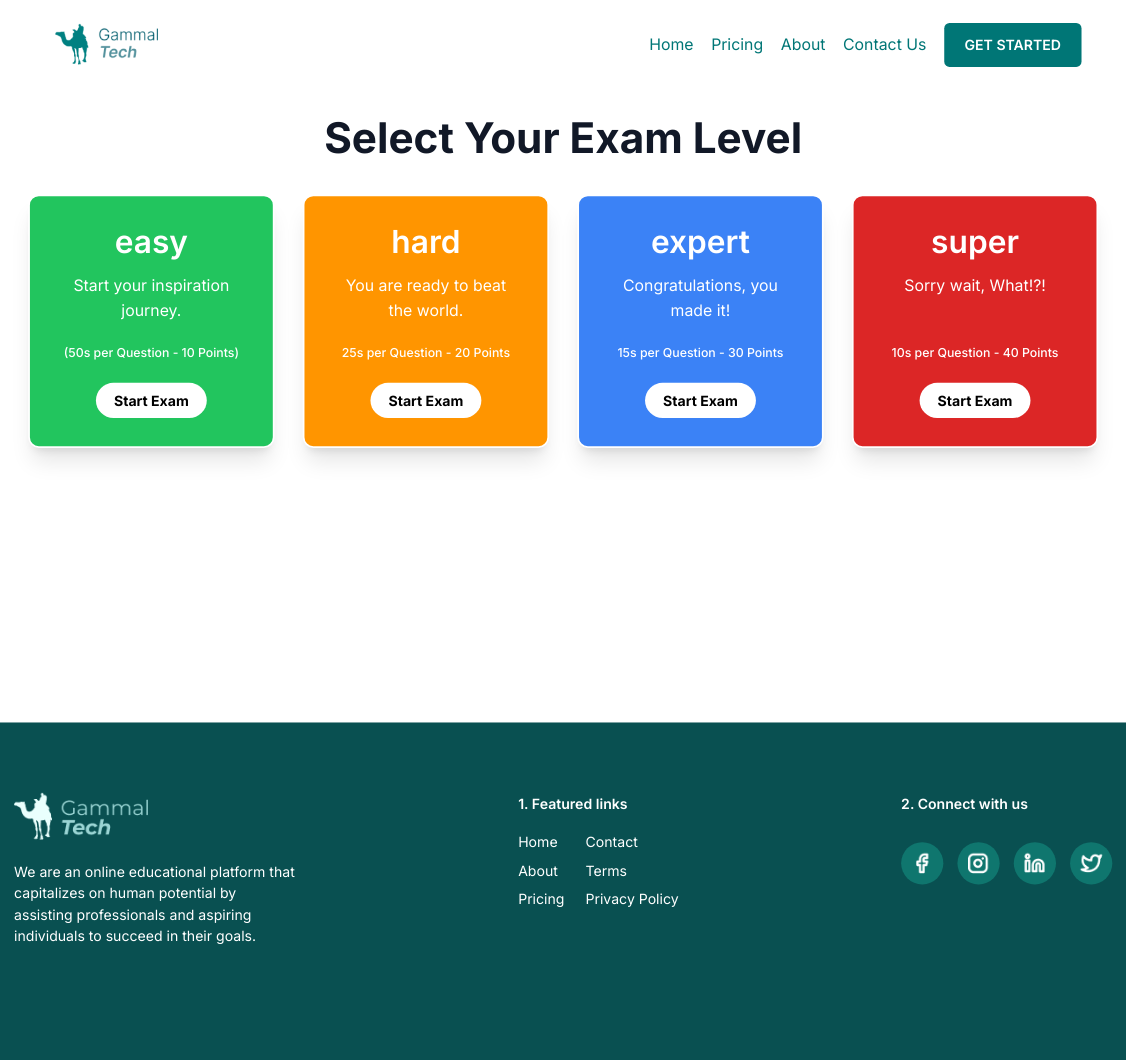
Repository: Ahmed77669/Internship-test
Page: /Levels
The author's editor kept a copy of each file at every save. The page is drawn from the files as they stood at one save, then again after the next save.
The browser window is 1280 px wide. The pictures show the whole page, at 88% of full size.
The project was rebuilt for these pictures with package versions that can differ from the ones it lists, and the page was loaded fresh each time. The framework's server and built-in components were replaced by stand-ins that run in the browser. Also part of the build but not shown: next.config.mjs.

Above is the page before, as saved 2024-10-15 11:20:40.

### app/layout.tsx
import type { Metadata } from "next";
import localFont from "next/font/local";
import "./globals.css";
import NavBarHome from "@/components/Header/Navbar";
import { Inter } from "next/font/google";
import Footer from "@/components/Footer/Footer";

const inter = Inter({
  subsets: ["latin"],
});
const geistSans = localFont({
  src: "./fonts/GeistVF.woff",
  variable: "--font-geist-sans",
  weight: "100 900",
});
const geistMono = localFont({
  src: "./fonts/GeistMonoVF.woff",
  variable: "--font-geist-mono",
  weight: "100 900",
});

export const metadata: Metadata = {
  title: "Create Next App",
  description: "Generated by create next app",
};

export default function RootLayout({
  children,
}: Readonly<{
  children: React.ReactNode;
}>) {
  return (
    <html lang="en">
      <body
        className={`${geistSans.variable} ${geistMono.variable} antialiased ${inter.className}`}
      >
        <NavBarHome />
        {children}
        <Footer />
      </body>
    </html>
  );
}

### app/Levels/page.tsx
import React from 'react'
import Levels1 from '@/components/Levels/Levels'
const Levels = () => {
  return (
    <Levels1 />
  )
}

export default Levels

### app/globals.css
@tailwind base;
@tailwind components;
@tailwind utilities;

:root {
  --background: #ffffff;
  /* --foreground: #171717; */
}

@media (prefers-color-scheme: dark) {
  :root {
    /* --background: #0a0a0a; */
    --foreground: #ededed;
  }
}

body {
  color: var(--foreground);
  background: var(--background);
  font-family: Arial, Helvetica, sans-serif;
}

@layer utilities {
  .text-balance {
    text-wrap: balance;
  }
}


/* @media (max-width: 1313px) and (min-width: 1026px) {
  .hero-section {
    display: block;
  }
} */

### components/Header/Navbar.tsx
"use client";
import React, { useEffect, useState } from "react";
import GT_logo from "@/public/Component 6.png";
import Link from "next/link";
import { Inter } from "next/font/google";
import Image from "next/image";
import { Menu } from "lucide-react";
import { X } from "lucide-react";

const inter = Inter({
  subsets: ["latin"],
  weight: ["100", "200", "300", "400", "500", "600", "700"],
});

const NavBarHome = () => {
  const [isOpen, setIsOpen] = useState(false);

  const toggleMenu = () => {
    setIsOpen((prev) => !prev);
  };

  useEffect(() => {
    const handleResize = () => {
      if (window.innerWidth > 1024) {
        setIsOpen(false);
      }
    };

    window.addEventListener("resize", handleResize);
    return () => {
      window.removeEventListener("resize", handleResize);
    };
  }, []);

  return (
    <div className={`py-5 container mx-auto ${inter.className} w-[92%]`}>
      <nav className="relative">
        <ul className="flex justify-between items-center">
          <li className="min-w-[152px]">
            <Link href="/">
              <Image
                src={GT_logo}
                alt="Gammal Tech Logo"
                width={130}
                className="cursor-pointer"
              />
            </Link>
          </li>
          <div className="hidden md:flex space-x-5">
            <Link
              href="/"
              className="text-[#007676] text-[18px] font-normal flex items-center"
            >
              Home
            </Link>
            <Link
              href="/pricing"
              className="text-[#007676] text-[18px] font-normal flex items-center"
            >
              Pricing
            </Link>
            <Link
              href="/about"
              className="text-[#007676] text-[18px] font-normal flex items-center"
            >
              About
            </Link>
            <Link
              href="/about"
              className="text-[#007676] text-[18px] font-normal flex items-center"
            >
              Contact Us
            </Link>
            <Link
              href="/signup"
            >
            <button className="bg-[#007676] text-white rounded-md w-[156px] h-[50px] text-[16px] font-semibold  py-1 px-3 transition-all duration-300 ease-in-out hover:bg-[#005555] hover:shadow-lg">
              GET STARTED
            </button>
            </Link>
          </div>
          <div className="md:hidden flex items-center">
            <button
              onClick={toggleMenu}
              className="text-[#007676] focus:outline-none"
            >
              {isOpen ? (
                <X size={40} color="#007676" strokeWidth={2} />
              ) : (
                <Menu size={40} color="#007676" strokeWidth={2} />
              )}
            </button>
          </div>
        </ul>

        {isOpen && (
          <div className="absolute right-0 mt-2 w-full bg-white shadow-lg rounded-lg z-20 transition-transform transform origin-top-right scale-100">
            <div className="flex flex-col items-center justify-center mx-auto p-4">
              <Link
                href="/"
                className="text-[#007676] text-lg font-semibold hover:bg-[#f0f0f0] transition duration-200 p-3 rounded-lg text-center w-full"
                onClick={() => setIsOpen(false)}
              >
                Home
              </Link>
              <Link
                href="/pricing"
                className="text-[#007676] text-lg font-semibold hover:bg-[#f0f0f0] transition duration-200 p-3 rounded-lg text-center w-full"
                onClick={() => setIsOpen(false)}
              >
                Pricing
              </Link>
              <Link
                href="/about"
                className="text-[#007676] text-lg font-semibold hover:bg-[#f0f0f0] transition duration-200 p-3 rounded-lg text-center w-full"
                onClick={() => setIsOpen(false)}
              >
                About Us
              </Link>

              <button
                className="mt-4 bg-[#007676] text-white text-lg font-semibold py-2 px-6 rounded-lg hover:bg-[#005c5c] transition duration-200"
                onClick={() => setIsOpen(false)}
              >
                GET STARTED
              </button>
            </div>
          </div>
        )}
      </nav>
    </div>
  );
};

export default NavBarHome;

### components/Footer/Footer.tsx
import React from 'react';
import Image from "next/image";
import footerLogo from "@/public/gammalTech-logos/footer-logo.png";
import Link from 'next/link';
import linkdin from "@/public/socialmediaIcons/linkdin.png";
import facebook from "@/public/socialmediaIcons/Facebook.png";
import instagram from "@/public/socialmediaIcons/Instagram.png";
import twitter from "@/public/socialmediaIcons/Twitter.png";

const Footer = () => {
  return (

      <section className= "bg-[#095051] py-20 min-h-96 h-auto">
        <div className="container mx-auto px-4 ">
          <div className="flex justify-between flex-wrap ">
            <div className='mb-10'>
              <div className="mb-6">
                <Image src={footerLogo} alt='Gammal Tech Logo' width={152} />
              </div>
              <div className="text-white w-80">
                We are an online educational platform that capitalizes on human potential by assisting professionals and aspiring individuals to succeed in their goals.
              </div>
            </div>

            <div className="text-white flex flex-col mb-10">
              <p className="font-semibold mb-5">1. Featured links</p>
              <div className="flex justify-between ">
                <div className="space-y-2 mr-6">
                  <p className='cursor-pointer'>Home</p>
                  <p className='cursor-pointer'>About</p>
                  <p className='cursor-pointer'>Pricing</p>
                </div>
                <div className="space-y-2">
                  <p className='cursor-pointer'>Contact</p>
                  <p className='cursor-pointer'>Terms</p>
                  <p className='cursor-pointer'>Privacy Policy</p>
                </div>
              </div>
            </div>

            <div>
              <p className="text-white font-semibold mb-8">2. Connect with us</p>
              <div className="flex space-x-4">
                <Link href="https://www.facebook.com/gammal.tech/?locale=ar_AR" passHref target='_blank'>
                  <div className="w-12 h-12 bg-teal-700 rounded-full flex items-center justify-center cursor-pointer">
                    <Image src={facebook} alt='Facebook Logo' />
                  </div>
                </Link>
                <Link href="https://www.instagram.com/gammal.tech/?hl=ar" passHref target='_blank'>
                  <div className="w-12 h-12 bg-teal-700 rounded-full flex items-center justify-center cursor-pointer">
                    <Image src={instagram} alt='Instagram Logo' />
                  </div>
                </Link>
                <Link href="https://www.linkedin.com/company/gammal-tech/" passHref target='_blank'>
                  <div className="w-12 h-12 bg-teal-700 rounded-full flex items-center justify-center cursor-pointer">
                    <Image src={linkdin} alt='LinkedIn Logo' />
                  </div>
                </Link>
                <Link href="https://x.com/gammaltech?lang=ar" passHref target='_blank'>
                  <div className="w-12 h-12 bg-teal-700 rounded-full flex items-center justify-center cursor-pointer">
                    <Image src={twitter} alt='Twitter Logo' />
                  </div>
                </Link>
              </div>
            </div>
          </div>
        </div>
      </section>
  );
};

export default Footer;

### components/Levels/Levels.tsx
import React from 'react';
import Link from 'next/link';
// import { FiArrowRight } from 'react-icons/fi';
const ExamLevelsPage: React.FC = () => {

    const levels = [
        {
            name: 'easy',
            description: 'Start your inspiration journey.',
            time: '(50s per Question - 10 Points)',
            color: 'bg-[#22C55E]',
        },
        {
            name: 'hard',
            description: 'You are ready to beat the world.',
            time: '25s per Question - 20 Points',
            color: 'bg-[#FF9500]',
        },
        {
            name: 'expert',
            description: 'Congratulations, you made it!',
            time: '15s per Question - 30 Points',
            color: 'bg-[#3B82F6]',
        },
        {
            name: 'super',
            description: 'Sorry wait, What!?!',
            time: '10s per Question - 40 Points',
            color: 'bg-[#DC2626]',
        },
    ];



    return (
        <>
            <div className="flex flex-col items-center min-h-screen bg-white p-8">
                <h1 className="text-5xl font-bold mb-10 text-center text-gray-900">Select Your Exam Level</h1>
                <div className="grid grid-cols-1 sm:grid-cols-2 md:grid-cols-4 gap-8">
                    {levels.map((level) => (

                            <div
                                key={level.name}
                                className={`rounded-xl shadow-xl p-8 flex flex-col justify-between items-center text-white transition-all duration-300 ease-in-out ${level.color} cursor-pointer border-2 border-white relative`}

                            >
                                <h2 className="text-4xl font-semibold mb-4 text-center">{level.name}</h2>
                                <p className="mb-6 text-lg text-center">{level.description}</p>
                                <div className="mt-auto text-sm text-center">
                                    <p className="font-medium">{level.time}</p>
                                </div>
                                <Link key={level.name} href={`/exam?level=${level.name}`} replace>

                                <div className="flex items-center justify-center bg-white text-black rounded-full px-5 py-2 mt-6 transition-all duration-300 transform hover:bg-black hover:text-white hover:translate-x-2">
                                    <span className="font-bold">Start Exam</span>
                                    {/* <FiArrowRight className="text-xl ml-2" /> */}
                                </div>
                                </Link>

                                <div className="absolute bg-gray-800 text-white text-xs rounded-md p-2 hidden group-hover:block">
                                    <p>{level.description}</p>
                                </div>
                            </div>


                    ))}
                        </div>
            </div>
            </>
            );
};

            export default ExamLevelsPage;

Loaded but not shown: tailwind.config.ts (common file)

After the next save:
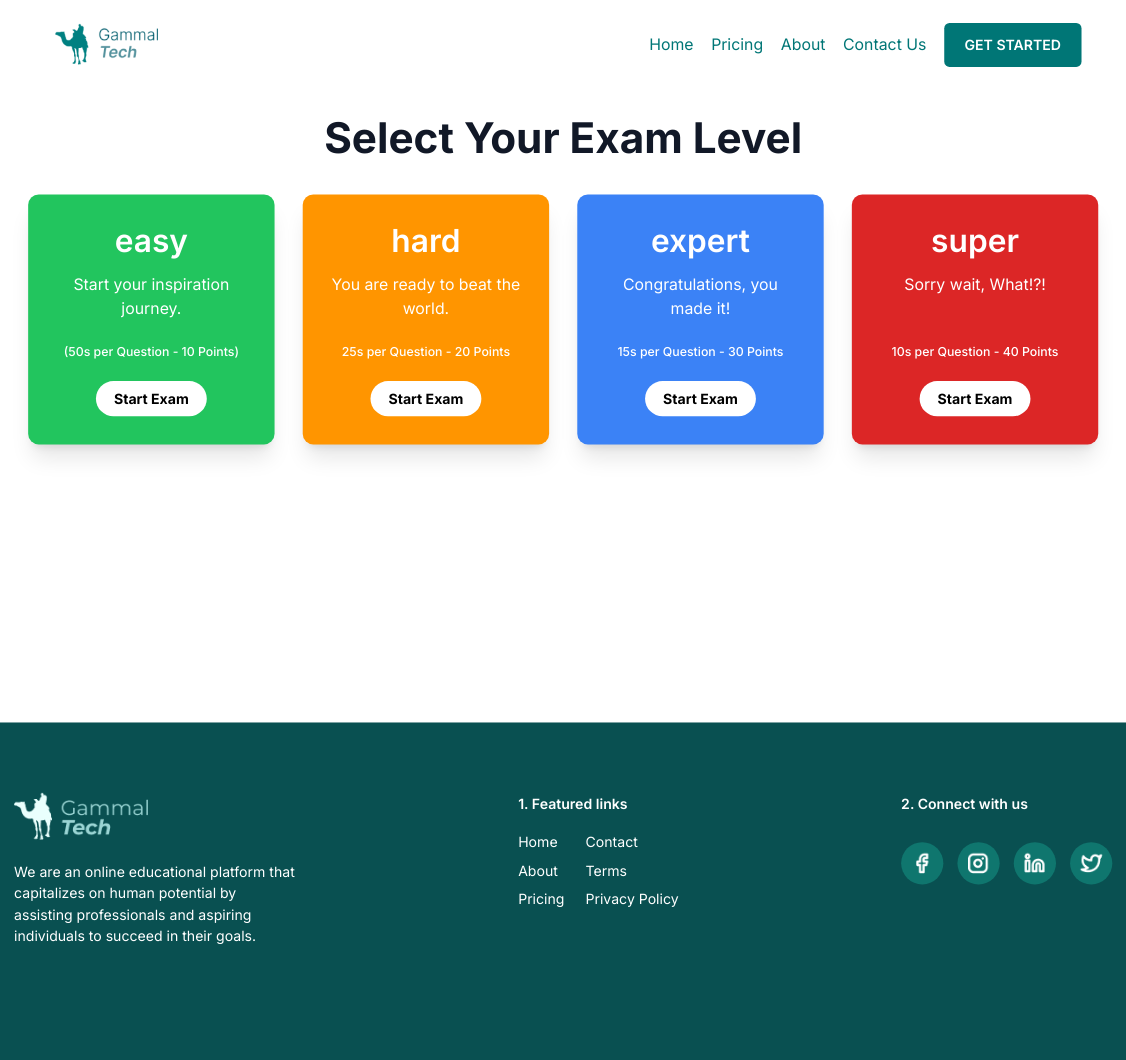
Saved 55 s later.
--- a/components/Levels/Levels.tsx
+++ b/components/Levels/Levels.tsx
@@ -41,7 +41,7 @@ const ExamLevelsPage: React.FC = () => {
 
                             <div
                                 key={level.name}
-                                className={`rounded-xl shadow-xl p-8 flex flex-col justify-between items-center text-white transition-all duration-300 ease-in-out ${level.color} cursor-pointer border-2 border-white relative`}
+                                className={`rounded-xl shadow-xl p-8 flex flex-col justify-between items-center text-white transition-all duration-300 ease-in-out ${level.color} cursor-pointer relative`}
 
                             >
                                 <h2 className="text-4xl font-semibold mb-4 text-center">{level.name}</h2>
